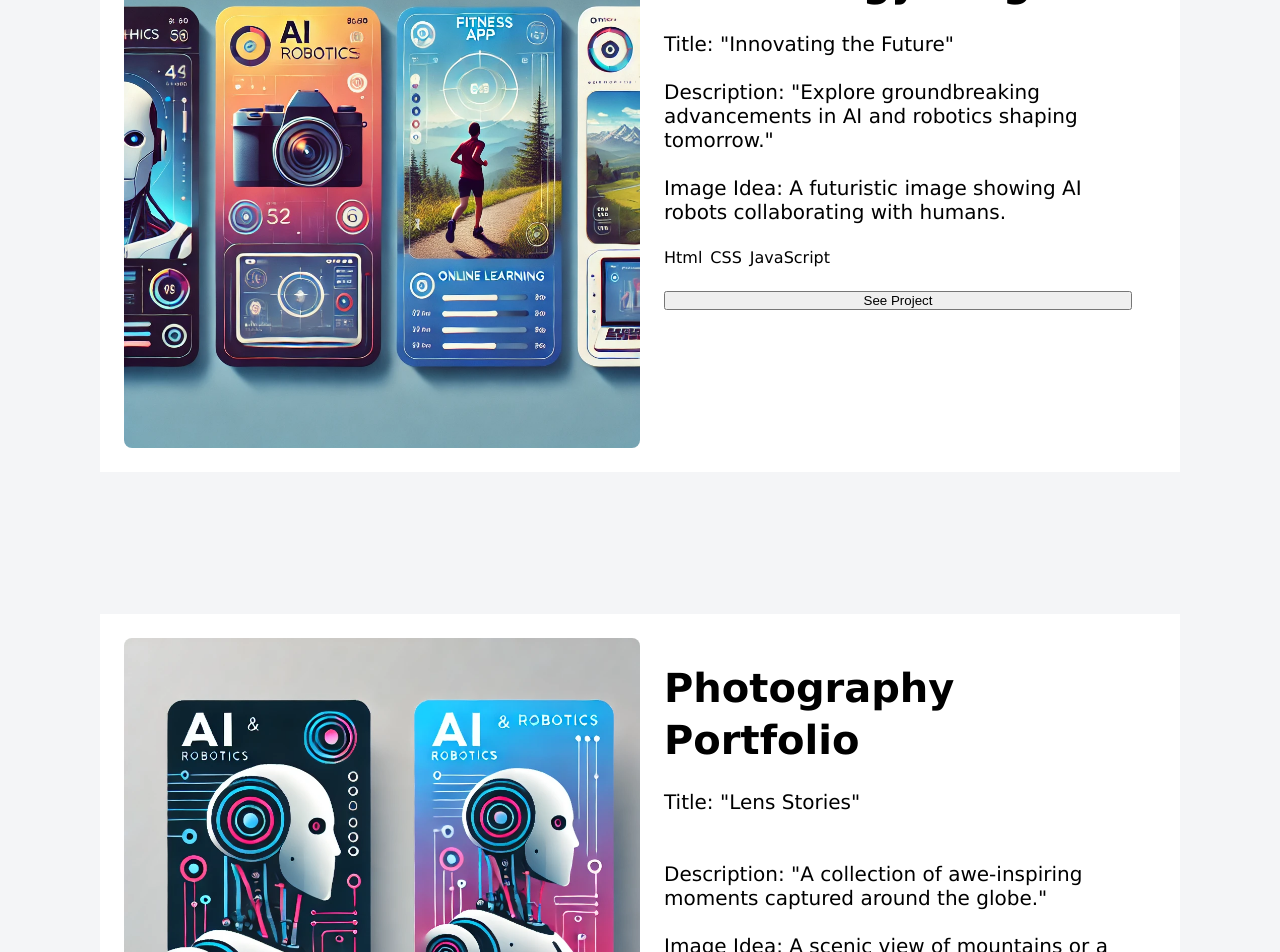
Repository: usman3123/portfolio-template-3
Page: portfolio.html
These files come from the project's save history. The page is drawn as it stood at one moment and after the next save; the edit follows.
The browser window is 1280 px wide. The pictures show the part of the page from y = 1038 to 1990 px (the page is 3476 px tall before and 3492 px after).
A picture or video elsewhere on the page could not be fetched, so the positions and the page height are approximate. Some web libraries are served in a nearby version.

Above is the page before, as saved 2025-01-25 00:24:57.

After the next save:
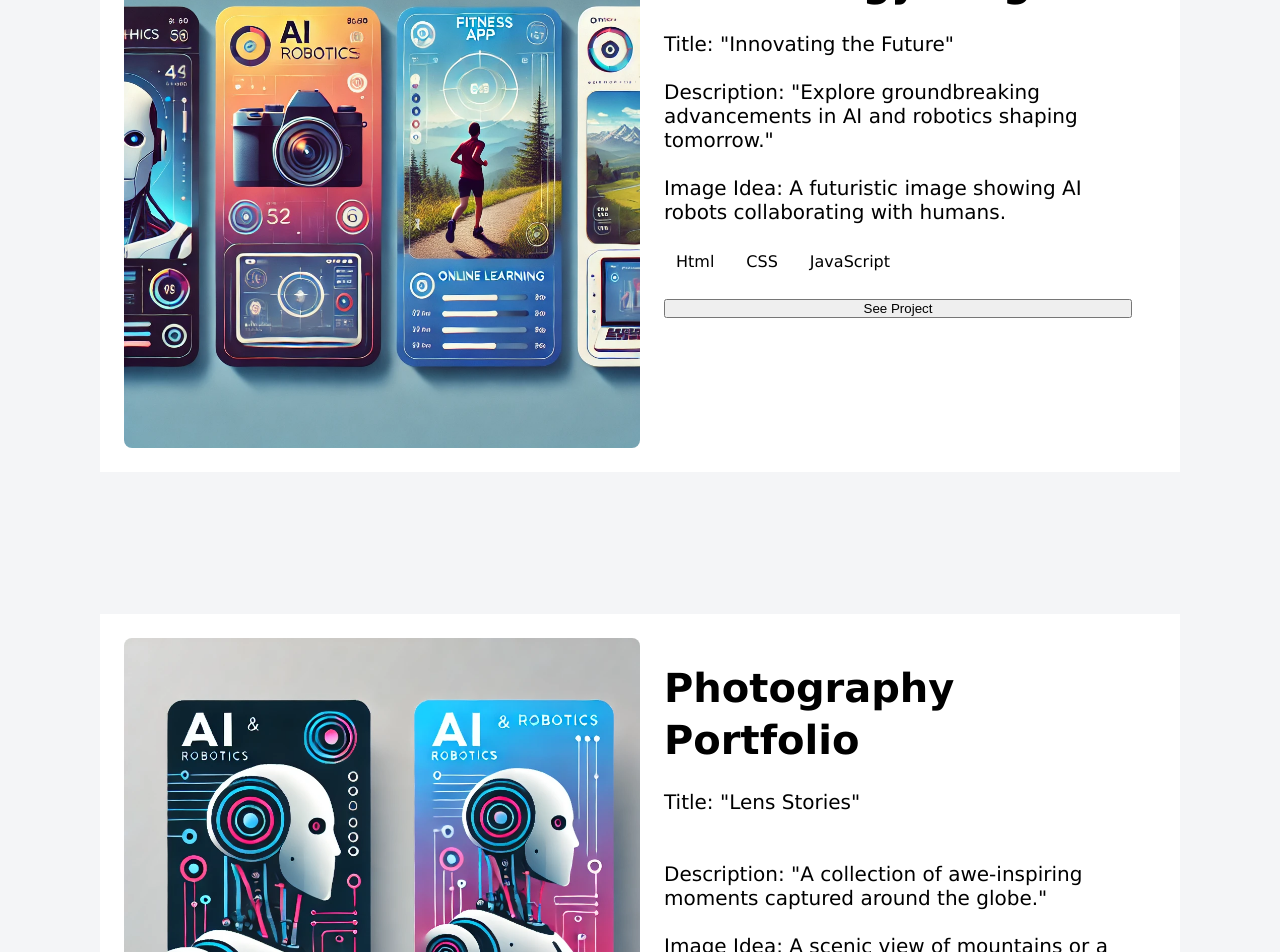
Saved 43 s later.
--- a/style.css
+++ b/style.css
@@ -148,6 +148,10 @@ body {
     gap: 8px;
 }
 
+.lang {
+    padding: 4px 12px;
+}
+
 @media (max-width : 1100px) {
     .hero-head {
         width: 53%;
